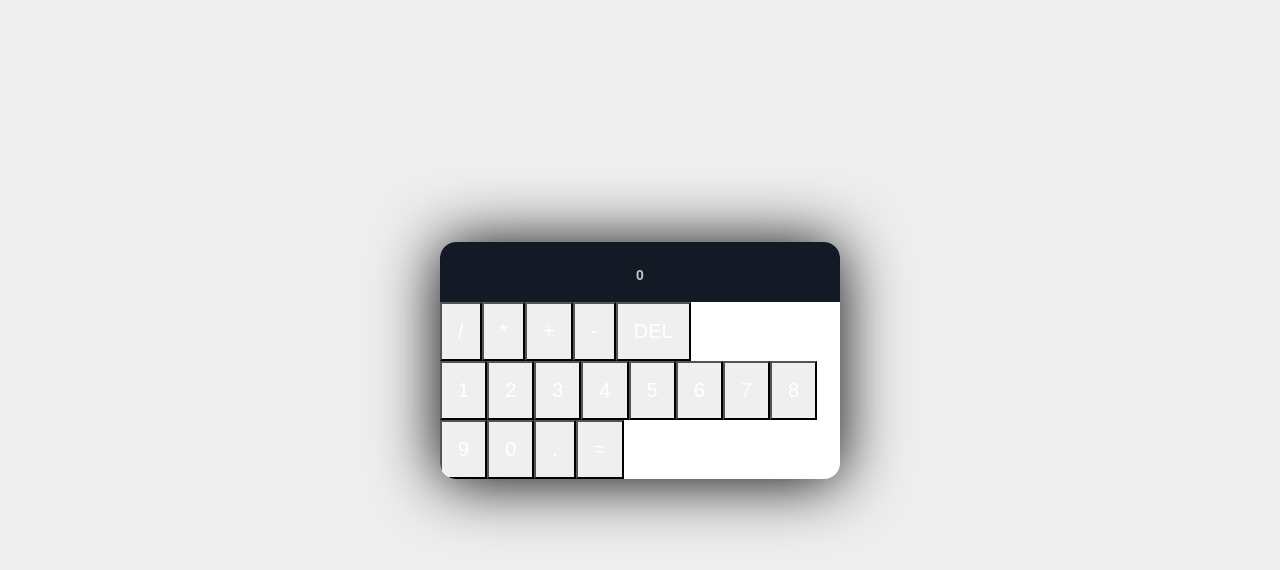
Repository: wakoya-tech/calculator-app
Page: /
These files come from the project's save history. The page is drawn as it stood at one moment and after the next save; the edit follows.
The browser window is 1280 px wide. The pictures show the whole page.
The project was rebuilt for these pictures with package versions that can differ from the ones it lists, and the page was loaded fresh each time. Also part of the build but not shown: vite.config.js.

Above is the page before, as saved 2025-10-16 23:20:35.

After the next save:
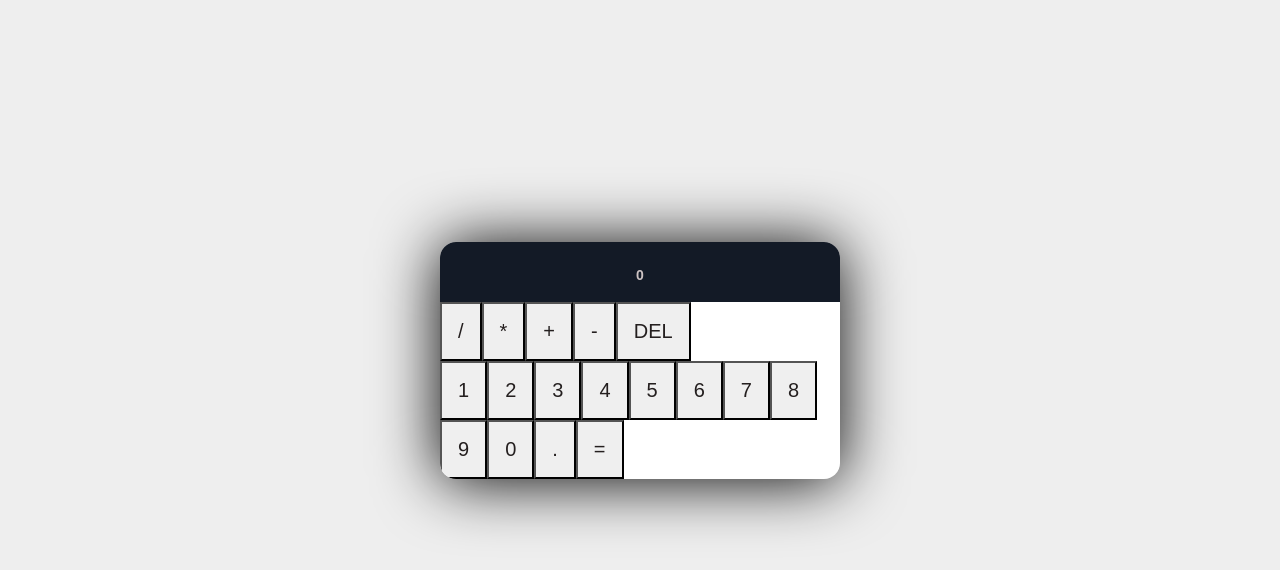
Saved 11 s later.
--- a/src/App.css
+++ b/src/App.css
@@ -45,7 +45,7 @@ button{
   appearance: none;
 
   outline: none;
-  color: #fff;
+  color: #241f1f;
   font-size: 20px;
   padding: 16px;
 }
